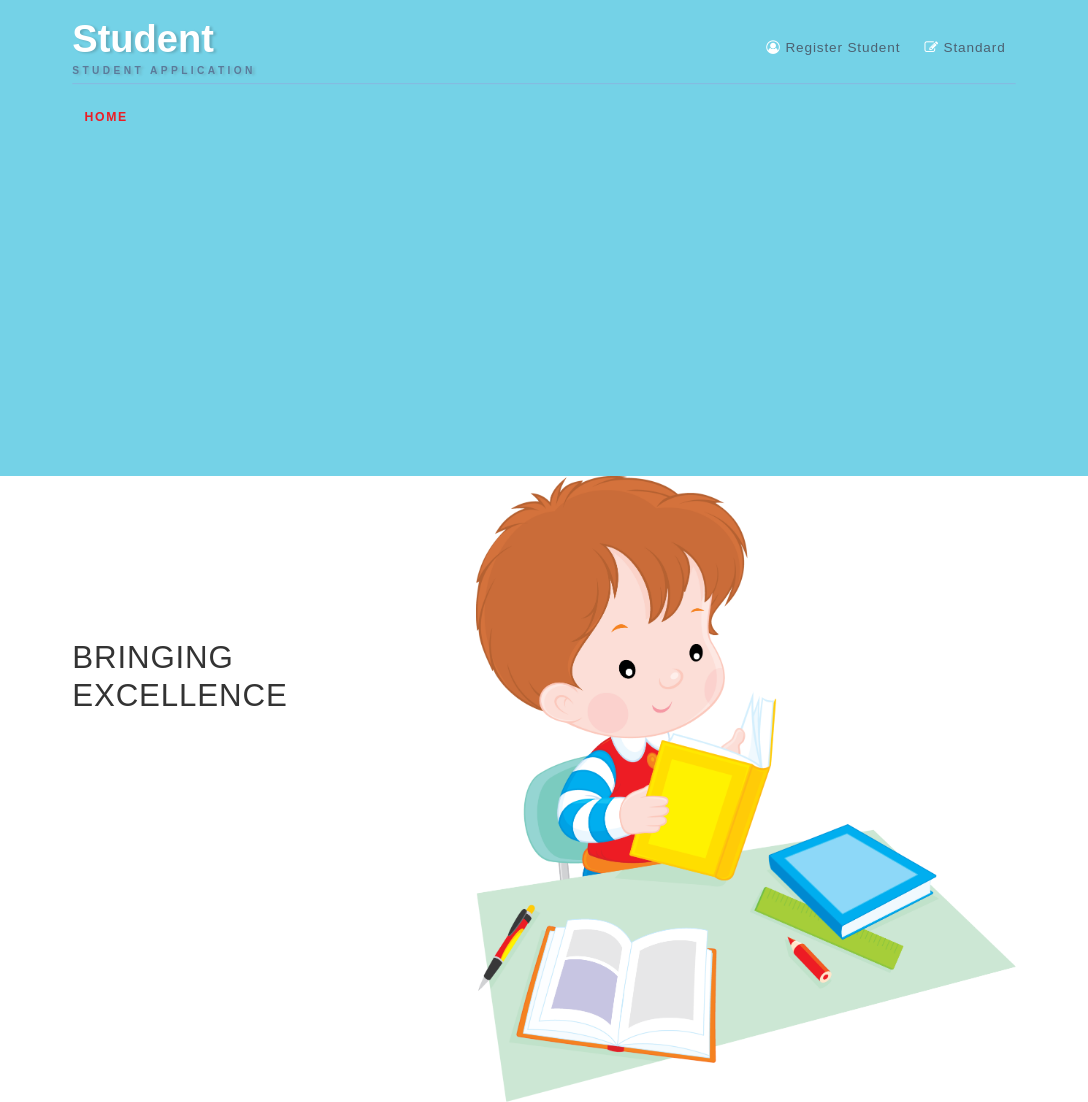
Repository: PallaviMadiya/Java-Framework-
Page: http://localhost/StudentApplication/student.jsp
An editor plug-in stored every save of this project. The page is shown before and after the next save, followed by the edit.
The browser window is 1280 px wide. The pictures show the whole page, at 85% of full size.
Some web fonts or font styles are not loaded; a fallback is used. The page is served by Tomcat 9.

Above is the page before, as saved 2023-10-17 18:21:11.

After the next save:
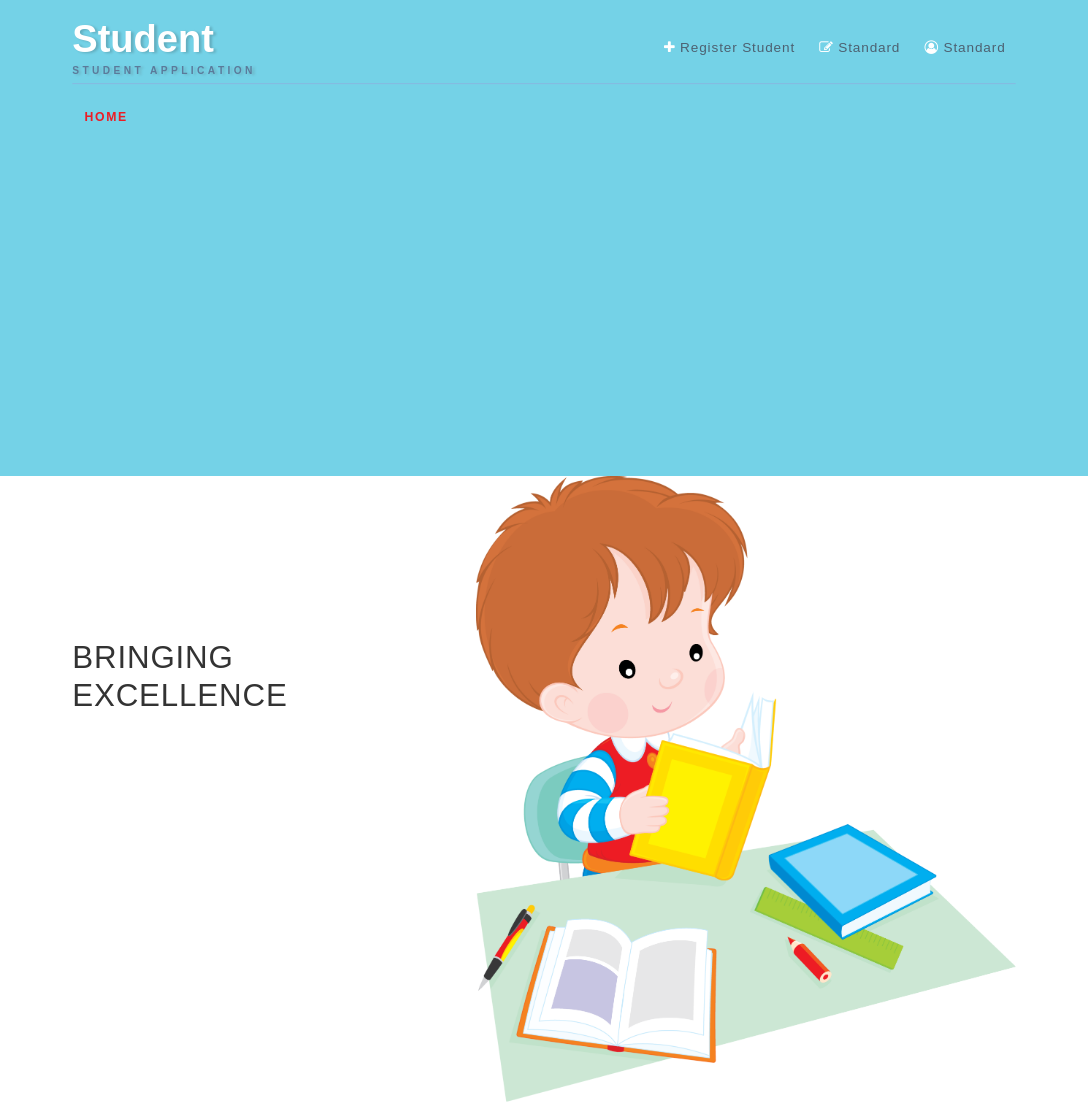
Saved 59 s later.
--- a/StudentApplication/src/main/webapp/header.jsp
+++ b/StudentApplication/src/main/webapp/header.jsp
@@ -52,8 +52,9 @@ License URL: http://creativecommons.org/licenses/by/3.0/
                     </div>
 
                     <div class="forms ml-auto">
-                        <a href="register.jsp" class="btn"><span class="fa fa-user-circle-o"></span> Register Student</a>
+                        <a href="register.jsp" class="btn"><span class="fa fa-plus"></span> Register Student</a>
                         <a href="stadard.jsp" class="btn"><span class="fa fa-pencil-square-o"></span> Standard</a>
+                        <a href="student.jsp" class="btn"><span class="fa fa-user-circle-o"></span> Standard</a>
                     </div>
                 </div>
                 <div class="nav-top-wthree">
